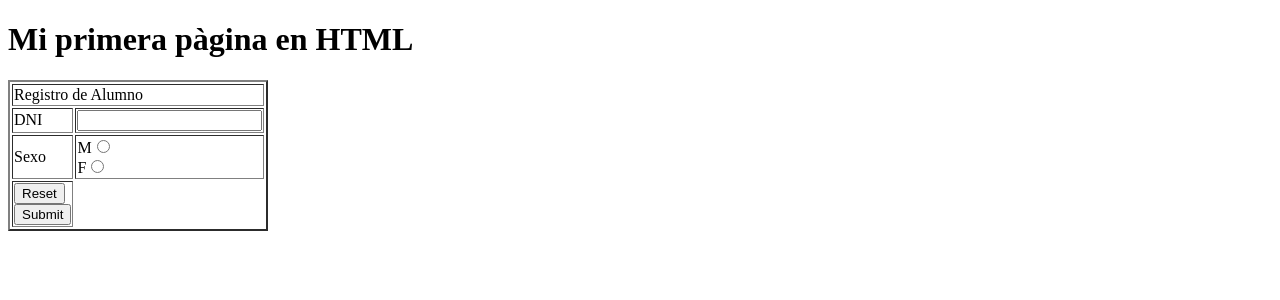
Repository: hoscanoa/Clases-LPII
Page: LPIISemana01/LPII-Semana01/WebContent/index.html
These files come from the project's save history. The page is drawn as it stood at one moment and after the next save; the edit follows.
The browser window is 1280 px wide. The pictures show the whole page.

Above is the page before, as saved 2014-09-18 21:48:45.

### LPIISemana01/LPII-Semana01/WebContent/index.html
<!DOCTYPE html PUBLIC "-//W3C//DTD HTML 4.01 Transitional//EN" "http://www.w3.org/TR/html4/loose.dtd">
<html>
<head>
<meta http-equiv="Content-Type" content="text/html; charset=ISO-8859-1">
<title>Index</title>
</head>
<body>
	<h1>Mi primera pàgina en HTML</h1>

	<table border="2">
		<tr>
			<td colspan="2">Registro de Alumno</td>
		</tr>
		<tr>
			<td>DNI</td>
			<td><input type="text" name="dni"></td>
		</tr>
		<tr>
			<td>Sexo</td>
			<td>M<input type="radio" name="sexo"> </br> F<input
				type="radio" name="sexo"></td>
		</tr>
		<tr>
			<td><input type="reset" name="Limpiar"> </br> <input
				type="submit" name="Enviar"></td>
		</tr>
	</table>

</body>
</html>

After the next save:
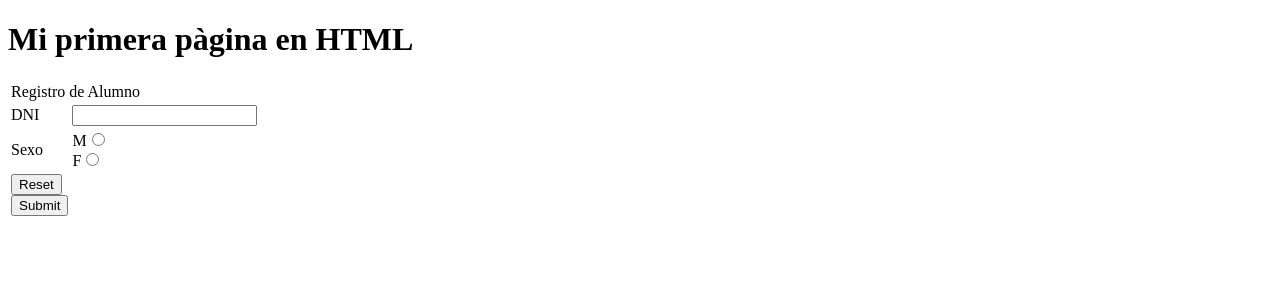
Saved 9 s later.
--- a/LPIISemana01/LPII-Semana01/WebContent/index.html
+++ b/LPIISemana01/LPII-Semana01/WebContent/index.html
@@ -7,22 +7,25 @@
 <body>
 	<h1>Mi primera pàgina en HTML</h1>
 
-	<table border="2">
+	<table>
 		<tr>
 			<td colspan="2">Registro de Alumno</td>
 		</tr>
 		<tr>
 			<td>DNI</td>
-			<td><input type="text" name="dni"></td>
+			<td><input type="text" name="dni">
+			</td>
 		</tr>
 		<tr>
 			<td>Sexo</td>
 			<td>M<input type="radio" name="sexo"> </br> F<input
-				type="radio" name="sexo"></td>
+				type="radio" name="sexo">
+			</td>
 		</tr>
 		<tr>
 			<td><input type="reset" name="Limpiar"> </br> <input
-				type="submit" name="Enviar"></td>
+				type="submit" name="Enviar">
+			</td>
 		</tr>
 	</table>
 
